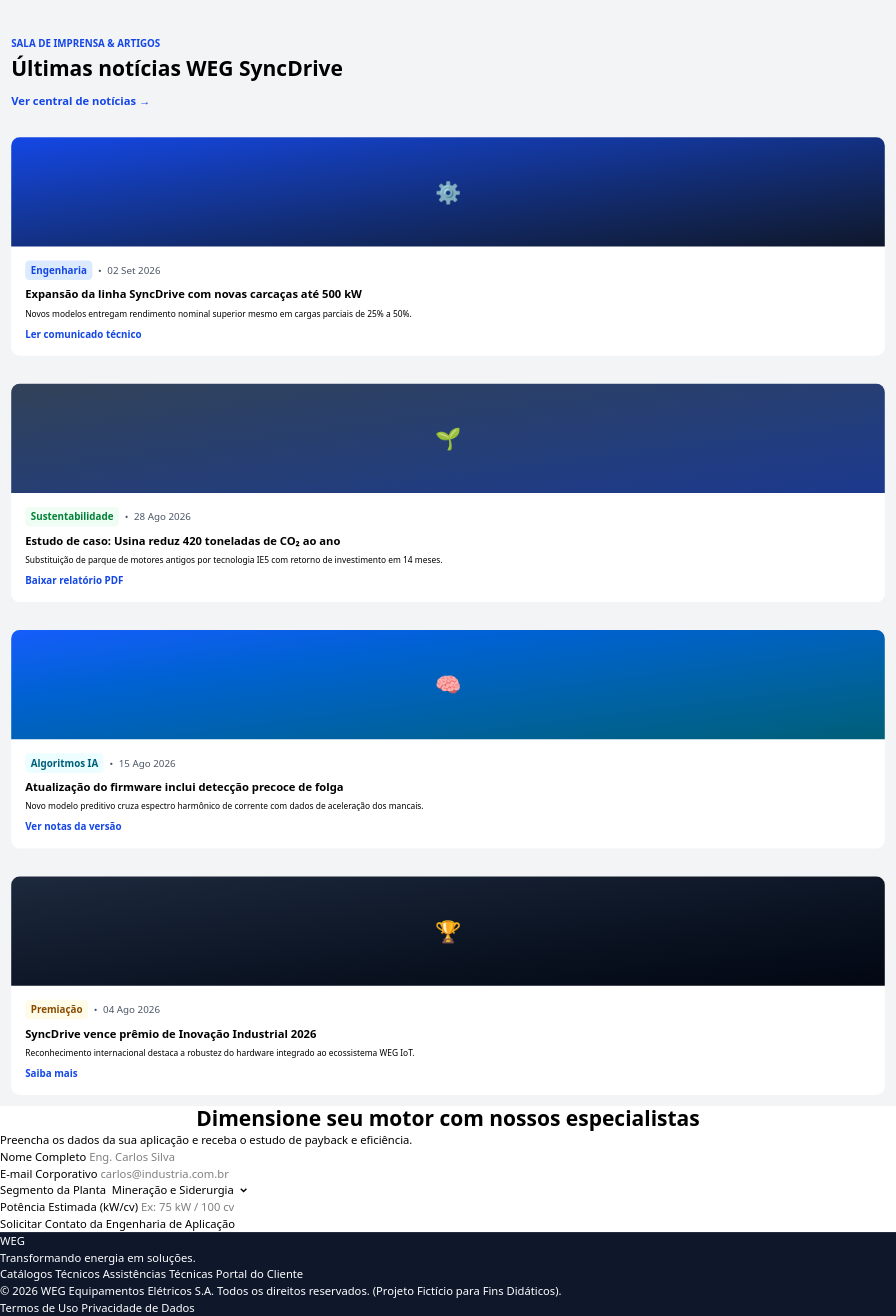
Repository: camilewng/Exercicio-Tailwind
Page: index.html
The author's editor kept a copy of each file at every save. The page is drawn from the files as they stood at one save, then again after the next save.
The browser window is 1280 px wide. The pictures show the part of the page from y = 2893 to 4813 px (the page is 4773 px tall before and 4813 px after), at 70% of full size.

Above is the page before, as saved 2026-09-14 16:11:04.

After the next save:
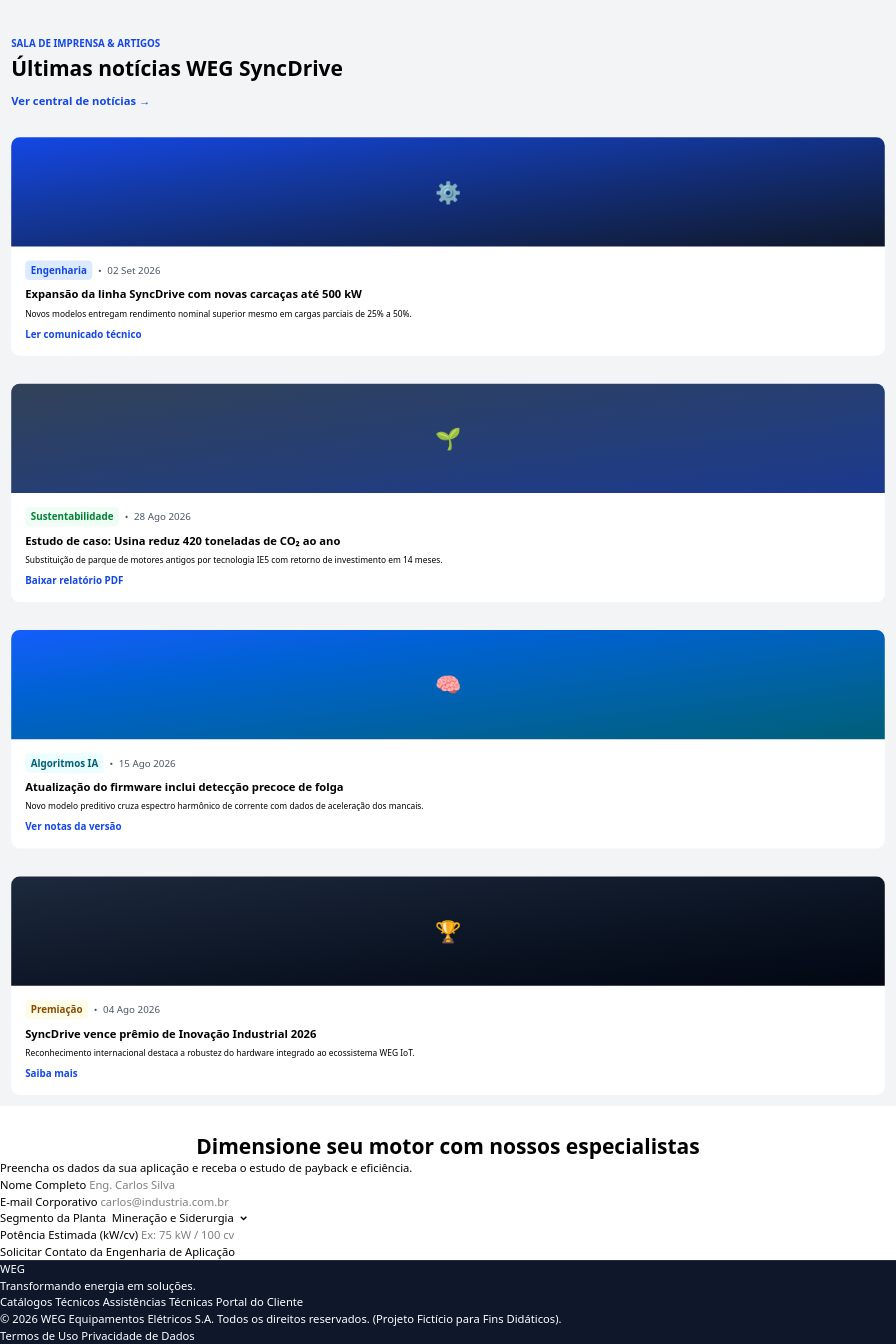
Saved 4 s later.
--- a/index.html
+++ b/index.html
@@ -324,7 +324,7 @@
     <section id="contato">
       <div>
         <div>
-          <h2 class="text-3xl px-5 font-bold text-center p">Dimensione seu motor com nossos especialistas</h2>
+          <h2 class="text-3xl px-5 font-bold text-center pt-10">Dimensione seu motor com nossos especialistas</h2>
           <p>Preencha os dados da sua aplicação e receba o estudo de payback e eficiência.</p>
         </div>
 
